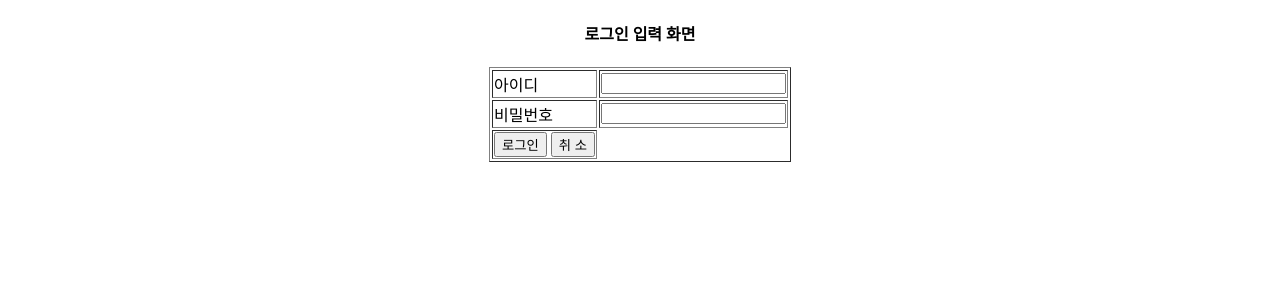
Repository: psyoongsc/LauguageStudy
Page: http://localhost/jspStudy/ch06/ex06-01.jsp
The author's editor kept a copy of each file at every save. The page is drawn from the files as they stood at one save, then again after the next save.
The browser window is 1280 px wide. The pictures show the whole page.
The page is served by Tomcat 9.

Above is the page before, as saved 2018-07-09 14:37:04.

After the next save:
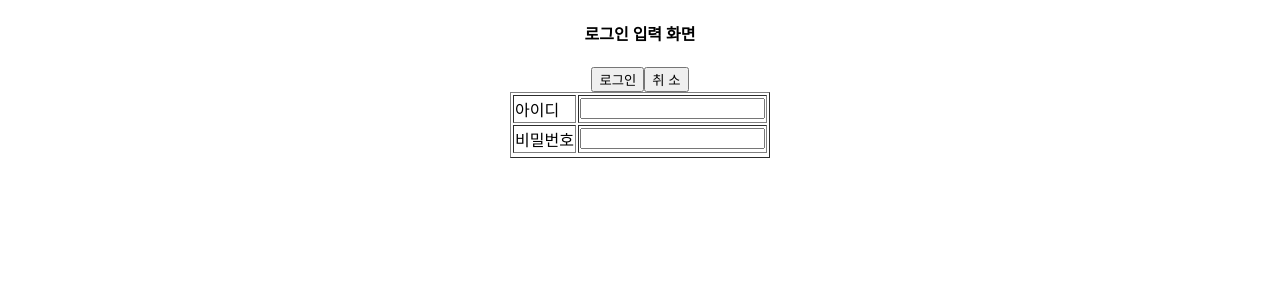
Saved 28 s later.
--- a/JSP/jspStudy/WebContent/ch06/ex06-01.jsp
+++ b/JSP/jspStudy/WebContent/ch06/ex06-01.jsp
@@ -17,8 +17,8 @@
 				<td>비밀번호</td>
 				<td><input type=text name="pw"></td></tr>
 			<tr>
-				<td><input type="submit" value="로그인">
-				<input type="reset" value="취 소"></td></tr>
+				<input type="submit" value="로그인">
+				<input type="reset" value="취 소"></tr>
 		</table>
 	</center>
 </body>
